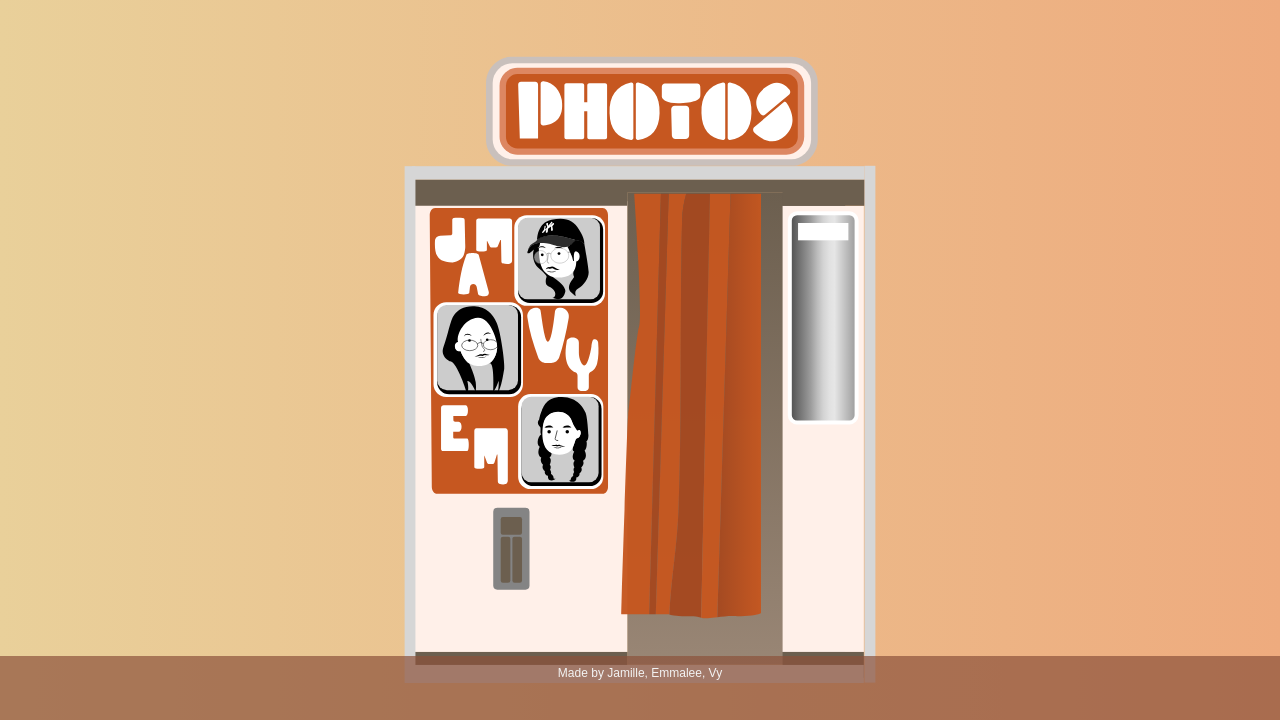
Repository: Strawb3rryjam/QuickSnip
Page: index.html
An editor plug-in stored every save of this project. The page is shown before and after the next save, followed by the edit.
The browser window is 1280 px wide. The pictures show the whole page.

Above is the page before, as saved 2025-05-08 14:44:25.

After the next save:
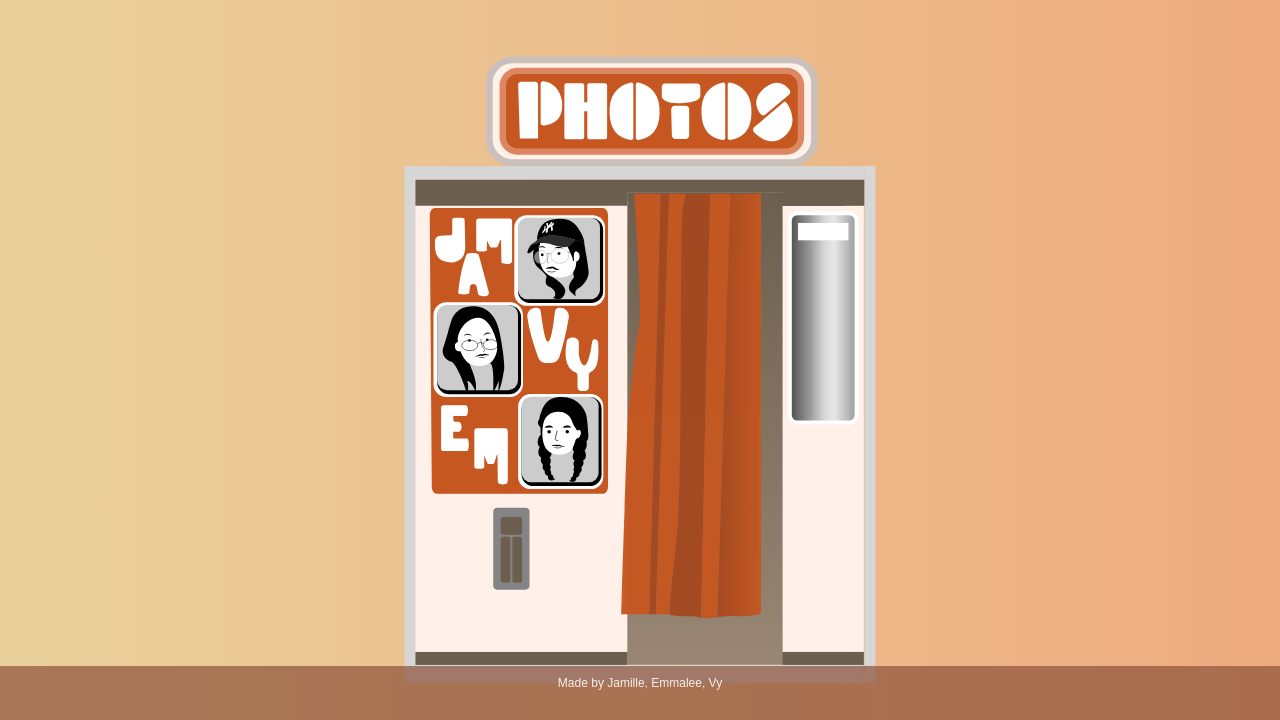
Saved 47 s later.
--- a/styles.css
+++ b/styles.css
@@ -299,7 +299,7 @@ button:disabled {
   text-align: center; /* Center the text */
   background-color: #8C523B; /* Optional: Add background color to make it stand out */
   padding-top: 10px; /* Optional: Adjust padding for spacing */
-  padding-bottom: 40px;
+  padding-bottom: 30px;
 }
 
 
